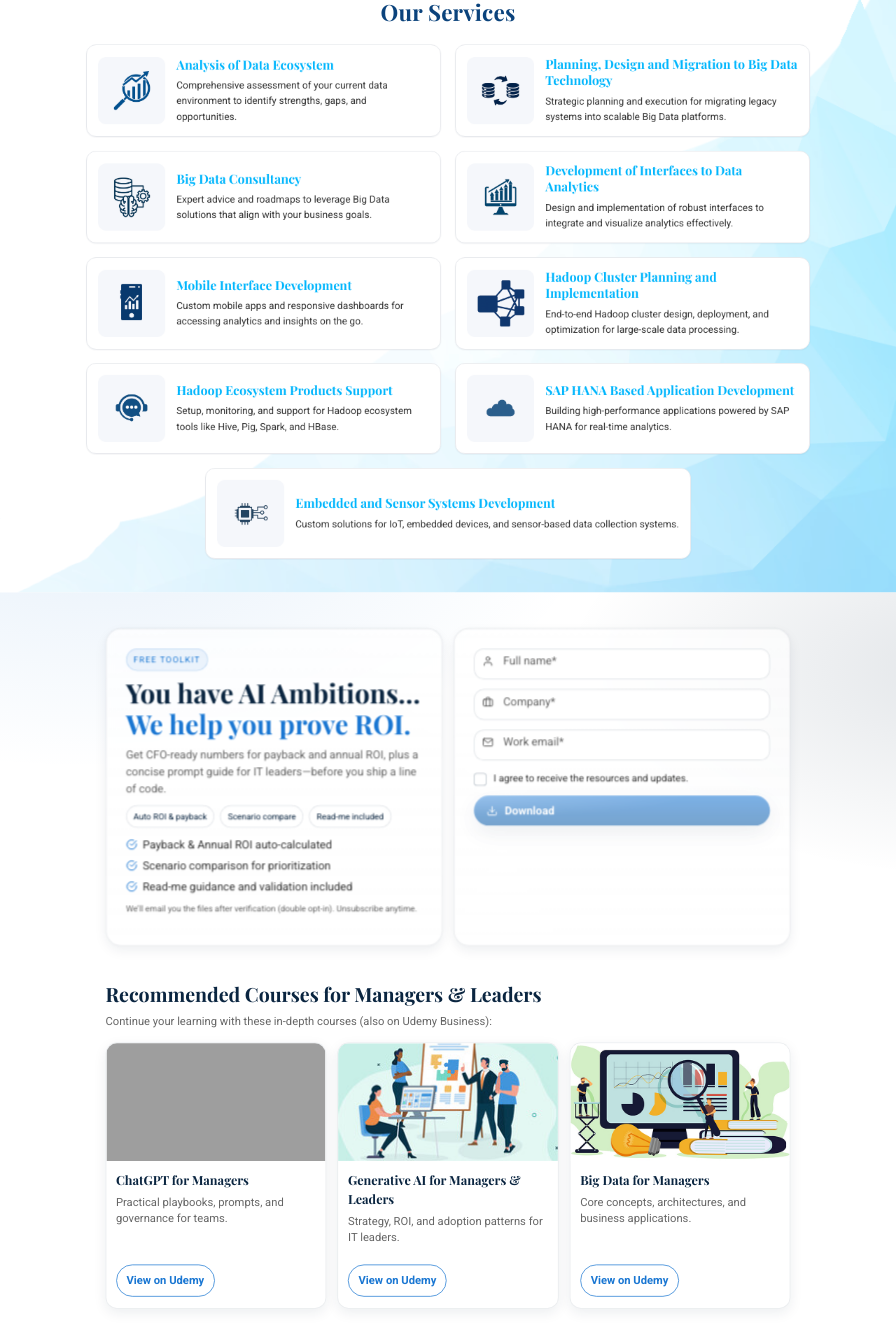
Repository: Yeshwanth-189/spiderOpsNet
Page: / (app in spideropsnet-frontend/)
An editor plug-in stored every save of this project. The page is shown before and after the next save, followed by the edit.
The browser window is 1280 px wide. The pictures show the part of the page from y = 1879 to 3799 px (the page is 3799 px tall), at 70% of full size.
Pictures or frames that could not be fetched are drawn as grey boxes. The project was rebuilt for these pictures with package versions that can differ from the ones it lists, and the page was loaded fresh each time. Also part of the build but not shown: spideropsnet-frontend/vite.config.js.

Above is the page before, as saved 2025-09-05 17:23:25.

### spideropsnet-frontend/index.html
<!DOCTYPE html>
<html lang="en">
  <head>
    <meta charset="UTF-8" />
    <link rel="icon" type="image/svg+xml" href="/spideropsnet.svg" />
    <link
      href="https://fonts.googleapis.com/css2?family=Playfair+Display:wght@400;600;700&family=Roboto:wght@400;500;700&display=swap"
      rel="stylesheet"
    />
    <meta name="viewport" content="width=device-width, initial-scale=1.0" />
    <title>SpiderOpsNet</title>
  </head>
  <body>
    <div id="root"></div>
    <script type="module" src="/src/main.jsx"></script>
  </body>
</html>

### spideropsnet-frontend/src/App.jsx
import "./App.css";
import SpiderOpsNet from "./components/SpiderOpsNet";
import { BrowserRouter as Router, Routes, Route } from "react-router-dom";

function App() {
  return (
    <>
      <Router>
        <Routes>
          <Route path="/" element={<SpiderOpsNet />} />
          {/* <Route path="/overview" element={<Overview />} />
          <Route path="/profession" element={<Profession />} />
          <Route path="/projects" element={<Project />} />
          <Route path="/education" element={<Education />} />
          <Route path="/skills" element={<Skills />} />
          <Route path="/achievements" element={<Awards />} /> */}
        </Routes>
      </Router>
    </>
  );
}

export default App;

### spideropsnet-frontend/src/App.css
:root {
  /* Brand Colors */
  --color-primary: #0b437c; /* Dark Navy Blue */
  --color-secondary: #00b6fd; /* Professional Light Blue */

  /* Backgrounds */
  --color-bg: #ffffff;
  --color-bg-light: #f5f5f5;

  /* Neutral Grays */
  --color-gray-dark: #333333;
  --color-gray-mid: #666666;
  --color-gray-light: #f5f5f5;

  /* Status Colors */
  --color-success: #2e7d32;
  --color-warning: #ed6c02;
  --color-error: #d32f2f;

  /* Typography */
  --font-heading: "Playfair Display", serif;
  --font-body: "Roboto", sans-serif;

  /* Font Sizes (scalable for responsive design) */
  --text-h1: 2.5rem;
  --text-h2: 2rem;
  --text-h3: 1.5rem;
  --text-body: 1rem;
  --text-small: 0.875rem;

  /* Spacing (consistent padding/margin system) */
  --space-xs: 4px;
  --space-sm: 8px;
  --space-md: 16px;
  --space-lg: 24px;
  --space-xl: 32px;

  /* Border Radius */
  --radius-sm: 4px;
  --radius-md: 8px;
  --radius-lg: 16px;

  /* Shadows */
  --shadow-sm: 0 1px 2px rgba(0, 0, 0, 0.05);
  --shadow-md: 0 4px 6px rgba(0, 0, 0, 0.1);
  --shadow-lg: 0 10px 15px rgba(0, 0, 0, 0.15);
}

html,
body {
  margin: 0;
  padding: 0;
}
* {
  box-sizing: border-box;
}
/* Base Typography */
body {
  font-family: var(--font-body);
  font-size: var(--text-body);
  color: var(--color-gray-dark);
  background-color: var(--color-bg);
  margin: 0;
  padding: 0;
}

h1,
h2,
h3,
h4,
h5,
h6 {
  font-family: var(--font-heading);
  color: var(--color-primary);
  margin: 0 0 var(--space-md);
}

p {
  margin: 0 0 var(--space-md);
  color: var(--color-gray-mid);
}

### spideropsnet-frontend/src/components/SpiderOpsNet.jsx
import React from "react";
import Hero from "../components/Hero";
import NavBar from "../components/NavBar";
import About from "../components/About";
import Services from "../components/Services";
// import Experience from "../components/Experience";
// import Communications from "../components/Communications";
import "../styles/SpiderOpsNet.css";
import Courses from "../components/Courses";

function SpiderOpsNet() {
  return (
    <>
      <NavBar />
      <Hero />
      <About />
      <Services />
      <Courses />
      {/* <Experience />
      <Communications /> */}
    </>
  );
}

export default SpiderOpsNet;

### spideropsnet-frontend/src/components/Hero.jsx
import React from "react";
import "../styles//Hero.css";
import DataMountains from "../assets/DataMountains.png";
// eslint-disable-next-line no-unused-vars
import { motion, useReducedMotion } from "framer-motion";

export default function Hero({
  title = "You have Data Mountains?",
  subtitle = "We have Big Data Solutions!",
  paragraph = "From scalable data pipelines to real-time analytics and AI-assisted insights, we turn your data mountains into business outcomes.",
  ctaText = "View Services",
  onCtaClick = () => {},
  imageAlt = "Abstract mountain range representing big data layers",
}) {
  const prefersReducedMotion = useReducedMotion();

  const initial = prefersReducedMotion ? { opacity: 0 } : { opacity: 0, y: 40 };
  const animate = prefersReducedMotion ? { opacity: 1 } : { opacity: 1, y: 0 };
  const transition = prefersReducedMotion
    ? { duration: 0.6, ease: "easeOut" }
    : { duration: 0.9, ease: "easeOut" };
  return (
    <motion.section
      className="hero"
      aria-label="Data Solutions Hero"
      initial={initial}
      animate={animate}
      transition={transition}
    >
      <header className="hero__header">
        <h1 className="hero__title">{title}</h1>
        <h1 className="hero__subtitle">{subtitle}</h1>
      </header>

      <div className="hero__left">
        <p className="hero__paragraph">{paragraph}</p>
        <button className="hero__cta" onClick={onCtaClick} aria-label={ctaText}>
          {ctaText}
        </button>
      </div>

      <figure className="hero__right">
        <img
          className="hero__image"
          src={DataMountains}
          alt={imageAlt}
          loading="eager"
        />
      </figure>
    </motion.section>
  );
}

### spideropsnet-frontend/src/components/NavBar.jsx
import React, { useState } from "react";
import { Link } from "react-router-dom";
import "../styles/NavBar.css";
import SpiderOpsNet from "../assets/SpiderOpsNet.png";

function Navbar() {
  const [isOpen, setIsOpen] = useState(false);

  return (
    <nav className="navbar">
      <div className="navbar-grid">
        <div className="col-1" />

        <div className="col-2to11 navbar-content">
          <div className="navbar-logo">
            <img
              alt="logo"
              className="navbar-logo-image"
              src={SpiderOpsNet}
            ></img>
            <h2>
              <span className="primary"></span>Spider
              <span className="secondary">OpsNet</span>
            </h2>
            <div className="hamburger" onClick={() => setIsOpen(!isOpen)}>
              <span className={isOpen ? "bar rotate-top" : "bar"}></span>
              <span className={isOpen ? "bar fade" : "bar"}></span>
              <span className={isOpen ? "bar rotate-bottom" : "bar"}></span>
            </div>
          </div>

          {/* Links */}
          <div className={`navbar-links ${isOpen ? "open" : ""}`}>
            <Link to="/Home" onClick={() => setIsOpen(false)}>
              Home
            </Link>
            <Link to="/About" onClick={() => setIsOpen(false)}>
              About
            </Link>
            <Link to="/Services" onClick={() => setIsOpen(false)}>
              Services
            </Link>
            <Link to="/Courses" onClick={() => setIsOpen(false)}>
              Courses
            </Link>
            <Link to="/Projects" onClick={() => setIsOpen(false)}>
              Projects
            </Link>
            <Link to="/Blogs" onClick={() => setIsOpen(false)}>
              Blogs
            </Link>
            <Link to="/Contact" onClick={() => setIsOpen(false)}>
              Contact
            </Link>
          </div>
        </div>

        <div className="col-12" />
      </div>
    </nav>
  );
}

export default Navbar;

### spideropsnet-frontend/src/styles/Hero.css
:root {
  --brand-primary: var(--color-primary, #0a2540); /* Dark Navy */
  --brand-accent: var(--color-accent, #1976d2); /* Light Blue */
  --surface: var(--color-surface, #ffffff);
  --text: var(--color-text, #333333);
  --muted: var(--color-muted, #666666);
  --elev: 24px;
}

/* Grid shell: 12 columns desktop, 4 columns mobile */
.hero {
  --gutter: clamp(12px, 2vw, 24px);
  display: grid;
  grid-template-columns:
    [line1] 1fr /* empty gutter */
    [line2] repeat(10, minmax(0, 1fr)) /* content */
    [line12] 1fr /* empty gutter */
    [line13];
  gap: var(--gutter);
  padding: clamp(32px, 6vw, 80px) var(--gutter);
  background: linear-gradient(180deg, rgb(195, 225, 255), transparent 60%),
    var(--surface);
  color: var(--text);
  margin-top: 5%;
}

.hero__header {
  grid-column: 3 / 12;
}

.hero__title {
  margin: 0 0 8px 0;
  font-size: clamp(28px, 4vw, 56px);
  line-height: 1.1;
  letter-spacing: -0.02em;
  color: var(--brand-primary);
  font-family: "Playfair Display", ui-serif, Georgia, serif;
}

.hero__subtitle {
  margin: 0 0 clamp(16px, 2.5vw, 28px) 0;
  font-size: clamp(18px, 2.2vw, 28px);
  line-height: 1.2;
  color: var(--color-secondary);
  font-family: Roboto, system-ui, -apple-system, Segoe UI, "Helvetica Neue",
    Arial, sans-serif;
}

.hero__left {
  grid-column: 3 / 6;
  align-self: start;
}

.hero__paragraph {
  margin: 0 0 16px 0;
  font-size: clamp(14px, 1.2vw, 18px);
  line-height: 1.7;
  color: var(--color-gray-dark);
}

.hero__cta {
  appearance: none;
  border: none;
  cursor: pointer;
  padding: 12px 18px;
  border-radius: 5px;
  background: var(--brand-accent);
  color: #fff;
  font-weight: 600;
  font-size: 16px;
  box-shadow: 0 6px 20px rgba(25, 118, 210, 0.25);
  transition: transform 120ms ease, box-shadow 120ms ease, filter 120ms ease;
}

.hero__cta:hover {
  transform: translateY(-1px);
  box-shadow: 0 10px 28px rgba(25, 118, 210, 0.35);
}

.hero__cta:active {
  transform: translateY(0);
  filter: brightness(0.96);
}

/* Right block: lines 6 → 12 (i.e., cols 6–11 inclusive) */
.hero__right {
  grid-column: 6 / 12;
  margin: 0;
}

.hero__image {
  width: 100%;
  height: auto;
  display: block;
}

/* Responsive: switch to 4-column grid on mobile */
@media (max-width: 767.98px) {
  .hero {
    grid-template-columns:
      [m1] 1fr /* empty */
      [m2] repeat(2, minmax(0, 1fr)) /* content */
      [m4] 1fr /* empty */
      [m5];
    margin-top: 15%;
  }

  .hero__header,
  .hero__left,
  .hero__right {
    grid-column: 2 / 4; /* span the two content columns */
  }

  .hero__right {
    order: 3;
  }
  .hero__left {
    order: 2;
  }
  .hero__header {
    order: 1;
  }
}

/* Prefers-reduced-motion respect */
@media (prefers-reduced-motion: reduce) {
  .hero__cta {
    transition: none;
  }
}

### spideropsnet-frontend/src/styles/NavBar.css
.navbar {
  position: fixed;
  width: 100%;
  background-color: var(--color-bg);
  z-index: 999;
  padding: 12px 0;
}

.navbar-grid {
  display: grid;
  grid-template-columns: repeat(12, 1fr);
  align-items: center;
  max-width: 1400px;
  margin: 0 auto;
  padding: 0 20px;
}

.col-1 {
  grid-column: 1 / 2;
}

.col-2to11 {
  grid-column: 2 / 12;
  display: flex;
  justify-content: space-between;
  align-items: center;
}

.col-12 {
  display: none;
}

/* Left: Logo */
.navbar-logo {
  font-family: "Playfair Display", serif;
  font-size: 1.3rem;
  color: var(--color-primary);
  display: flex;
  justify-content: flex-start;
  align-items: flex-start;
  gap: 10px;
  width: 100%;
}

.navbar-logo-image {
  width: 5%;
}

.primary {
  color: #0a2540;
}

.secondary {
  color: #00b6fd;
}

/* Right: Links */
.navbar-links {
  display: flex;
  gap: 32px;
  font-family: "Playfair Display", serif;
  font-size: 0.95rem;
}

.navbar-links a {
  color: var(--color-secondary);
  text-decoration: none;
  transition: color 0.3s ease;
  position: relative;
}

.navbar-links a:hover {
  color: var(--color-primary);
}

.navbar-links a::after {
  content: "";
  display: block;
  height: 2px;
  width: 0;
  background-color: var(--color-secondary);
  transition: width 0.3s ease;
  position: absolute;
  bottom: -4px;
  left: 0;
}

.navbar-links a:hover::after {
  width: 100%;
}
.hamburger {
  display: none;
  flex-direction: column;
  justify-content: center;
  align-items: flex-end;
  gap: 5px;
  margin-left: auto;
  cursor: pointer;
  z-index: 1000;
}

.bar {
  width: 22px;
  height: 3px;
  background-color: var(--color-primary);
  transition: all 0.3s ease;
}

.rotate-top {
  transform: rotate(45deg) translateY(8px);
}

.fade {
  opacity: 0;
}

.rotate-bottom {
  transform: rotate(-45deg) translateY(-8px);
}

/* Responsive */
@media screen and (max-width: 768px) {
  .navbar-grid {
    grid-template-columns: 1fr;
  }

  .col-2to11 {
    flex-direction: column;
    gap: 14px;
    grid-column: span 12;
  }

  .navbar-logo {
    font-size: 1.1rem;
  }

  .navbar-logo-image {
    width: 10%;
  }

  .navbar-links {
    flex-direction: column;
    gap: 12px;
  }
  @media screen and (max-width: 768px) {
    .hamburger {
      margin-top: 5%;
      display: flex;
    }
    .navbar {
      top: 0;
      border-bottom: 1px solid #0a2540;
    }

    .navbar-links {
      display: none;
      flex-direction: column;
      gap: 16px;
      margin-top: 1rem;
      width: 100%;
    }

    .navbar-links.open {
      display: flex;
      animation: fadeIn 0.3s ease-in-out;
    }
  }

  @keyframes fadeIn {
    from {
      opacity: 0;
      transform: translateY(-10px);
    }
    to {
      opacity: 1;
      transform: translateY(0);
    }
  }
}

### spideropsnet-frontend/src/styles/Courses.css
/* src/styles/Courses.css */
/* Uses your palette (variables.css) if present. Falls back to defaults. */
:root {
  --navy: var(--color-navy, #0a2540);
  --blue: var(--color-blue, #1976d2);
  --bg: var(--color-bg, #ffffff);
  --g900: var(--gray-900, #333333);
  --g600: var(--gray-600, #666666);
  --g100: var(--gray-100, #f5f5f5);

  --radius-lg: 16px;
  --radius-xl: 22px;
  --shadow-sm: 0 6px 18px rgba(10, 37, 64, 0.08);
  --shadow-md: 0 10px 30px rgba(10, 37, 64, 0.12);
  --focus: 0 0 0 3px rgba(25, 118, 210, 0.25);
  --gutter: 16px;
}

/* Section background: gradient mesh with subtle noise */
.courses-wrap {
  position: relative;
  padding: clamp(28px, 4vw, 56px) 0;
  color: var(--g900);
  background: radial-gradient(
      1200px 600px at 10% -10%,
      rgba(25, 118, 210, 0.1),
      transparent 60%
    ),
    radial-gradient(
      1000px 500px at 110% 10%,
      rgba(10, 37, 64, 0.12),
      transparent 60%
    ),
    var(--bg);
  overflow: hidden;
}

/* 12-col scaffold */
.grid12 {
  display: grid;
  grid-template-columns: repeat(12, minmax(0, 1fr));
  gap: var(--gutter);
  width: min(1200px, 92vw);
  margin-inline: auto;
}

/* Glass card look (both columns) */
.glass-card {
  position: relative;
  background: linear-gradient(
    180deg,
    rgba(255, 255, 255, 0.72),
    rgba(255, 255, 255, 0.66)
  );
  backdrop-filter: blur(6px);
  -webkit-backdrop-filter: blur(6px);
  border-radius: var(--radius-xl);
  border: 1px solid rgba(10, 37, 64, 0.1);
  box-shadow: var(--shadow-sm);
}

/* Top split */
.roi-download {
  align-items: stretch;
  margin-bottom: clamp(24px, 4vw, 48px);
}
.roi-download .col-left {
  grid-column: 2 / 7;
  padding: clamp(18px, 2.2vw, 28px);
}
.roi-download .col-right {
  grid-column: 7 / 12;
  padding: clamp(18px, 2.2vw, 28px);
}

/* Kicker + headings */
.kicker {
  display: inline-block;
  font-size: 12px;
  letter-spacing: 0.12em;
  text-transform: uppercase;
  color: var(--blue);
  background: rgba(25, 118, 210, 0.08);
  border: 1px solid rgba(25, 118, 210, 0.2);
  padding: 6px 10px;
  border-radius: 999px;
  margin-bottom: 10px;
}

.roi-title {
  font-family: "Playfair Display", serif;
  font-size: clamp(26px, 3.2vw, 38px);
  line-height: 1.15;
  color: var(--navy);
  margin: 0 0 10px;
}
.roi-title .accent {
  color: var(--blue);
}

.roi-desc {
  margin: 0 0 12px;
  color: var(--g600);
}

/* feature chips */
.chips {
  display: flex;
  flex-wrap: wrap;
  gap: 8px;
  margin: 8px 0 12px;
  padding: 0;
  list-style: none;
}
.chips li {
  font-size: 12px;
  color: var(--navy);
  border: 1px solid rgba(10, 37, 64, 0.12);
  border-radius: 999px;
  padding: 6px 10px;
  background: rgba(255, 255, 255, 0.7);
}

.roi-bullets {
  margin: 0 0 10px 0;
  padding: 0;
  list-style: none;
}
.roi-bullets li {
  display: flex;
  align-items: center;
  gap: 8px;
  color: var(--g900);
  margin: 6px 0;
}
.roi-bullets svg {
  flex: 0 0 auto;
  color: var(--blue);
}

.fine-print {
  font-size: 12px;
  color: var(--g600);
  margin-top: 6px;
}

/* Floating label inputs with icons */
.download-form {
  display: grid;
  gap: 14px;
}

.fl-input {
  position: relative;
  display: grid;
}
.fl-input input {
  width: 100%;
  padding: 14px 12px 12px 40px; /* room for icon */
  border-radius: 14px;
  border: 1px solid rgba(10, 37, 64, 0.14);
  background: #fff;
  font-size: 14px;
  outline: none;
  transition: box-shadow 0.15s ease, border-color 0.15s ease,
    transform 0.05s ease;
}
.fl-input input:focus {
  border-color: var(--blue);
  box-shadow: var(--focus);
}
.fl-input .fl-icon {
  position: absolute;
  left: 12px;
  top: 40%;
  transform: translateY(-50%);
  pointer-events: none;
  opacity: 0.8;
}
.fl-input label {
  position: absolute;
  left: 40px;
  top: 40%;
  transform: translateY(-50%);
  color: var(--g600);
  background: transparent;
  transition: all 0.15s ease;
  padding: 0 0.2ch;
  pointer-events: none;
}
.fl-input input:not(:placeholder-shown) + label,
.fl-input input:focus + label {
  top: -8px;
  transform: none;
  font-size: 12px;
  color: var(--blue);
  background: #fff;
  border-radius: 6px;
  padding: 0 6px;
}
.fl-input.invalid input {
  border-color: #d32f2f;
}
.fl-input.invalid input:focus {
  box-shadow: 0 0 0 3px rgba(211, 47, 47, 0.15);
}
.field-error {
  margin-top: 6px;
  font-size: 12px;
  color: #d32f2f;
}

/* CTA button with gradient edge + ripple */
.btn-download {
  position: relative;
  display: inline-flex;
  align-items: center;
  gap: 10px;
  padding: 12px 18px;
  border-radius: 999px;
  border: 0;
  font-weight: 600;
  color: #fff;
  cursor: pointer;
  overflow: hidden;
  box-shadow: var(--shadow-md);
  isolation: isolate;
  background: linear-gradient(180deg, #1d7fe3, #1668b6);
  transition: transform 0.06s ease, filter 0.18s ease;
}
.btn-download .btn-bg {
  position: absolute;
  inset: 0;
  pointer-events: none;
  background: radial-gradient(
    120% 120% at 0% 0%,
    rgba(255, 255, 255, 0.25),
    transparent 60%
  );
  opacity: 0.8;
  mix-blend-mode: screen;
}
.btn-download:disabled {
  opacity: 0.6;
  cursor: not-allowed;
  filter: grayscale(0.1);
}
.btn-download:hover:not(:disabled) {
  filter: brightness(1.04);
}
.btn-download:active:not(:disabled) {
  transform: translateY(1px);
}
.btn-download .btn-ripple {
  position: absolute;
  inset: 0;
  opacity: 0;
  background: radial-gradient(
    180px 180px at var(--x, 50%) var(--y, 50%),
    rgba(255, 255, 255, 0.35),
    transparent 40%
  );
  transition: opacity 0.25s ease;
}
.btn-download:focus-visible {
  outline: none;
  box-shadow: var(--focus);
}

/* Ripple interaction */
.btn-download:where(:hover, :focus-visible) .btn-ripple {
  opacity: 0.9;
}

/* Success */
.form-success {
  margin-top: 6px;
  font-size: 14px;
  color: #2e7d32;
}

/* Courses area */
.courses-grid {
  row-gap: 18px;
}
.col-2-11 {
  grid-column: 2 / 12;
}

.courses-head h3 {
  margin: 0;
  font-family: "Playfair Display", serif;
  font-size: clamp(20px, 2.2vw, 28px);
  color: var(--navy);
}
.subhead {
  margin: 6px 0 0;
  color: var(--g600);
}

.courses-cards {
  display: grid;
  grid-template-columns: repeat(3, minmax(0, 1fr));
  gap: 16px;
}
.course-card {
  background: #fff;
  border: 1px solid rgba(10, 37, 64, 0.08);
  border-radius: var(--radius-lg);
  overflow: hidden;
  display: grid;
  grid-template-rows: auto 1fr auto;
  box-shadow: var(--shadow-sm);
  transform: translateY(0);
  transition: transform 0.18s ease, box-shadow 0.18s ease,
    border-color 0.18s ease;
}
.course-card:hover {
  transform: translateY(-3px);
  box-shadow: 0 16px 36px rgba(10, 37, 64, 0.12);
  border-color: rgba(10, 37, 64, 0.16);
}
.course-media img {
  width: 100%;
  height: 168px;
  object-fit: cover;
  display: block;
}
.course-body {
  padding: 14px;
}
.course-body h4 {
  margin: 0 0 6px;
  font-size: 18px;
  color: var(--navy);
}
.course-body p {
  margin: 0;
  color: var(--g600);
}
.course-actions {
  padding: 12px 14px 16px;
}

.btn-outline {
  display: inline-block;
  text-decoration: none;
  font-weight: 600;
  border: 1.5px solid var(--blue);
  color: var(--blue);
  padding: 10px 14px;
  border-radius: 999px;
  transition: background 0.15s ease, color 0.15s ease, transform 0.06s ease;
}
.btn-outline:hover {
  background: var(--blue);
  color: #fff;
}
.btn-outline:active {
  transform: translateY(1px);
}

.check-row {
  display: grid;
  grid-template-columns: 18px 1fr;
  align-items: start;
  gap: 10px;
  margin-top: 2px;
}

.check-row input[type="checkbox"] {
  appearance: none;
  width: 18px;
  height: 18px;
  margin: 2px 0 0;
  border: 1.5px solid rgba(10, 37, 64, 0.28);
  border-radius: 4px;
  background: #fff;
  display: grid;
  place-content: center;
  transition: box-shadow 0.15s ease, border-color 0.15s ease,
    background 0.15s ease;
  outline: none;
}

.check-row label {
  font-size: 14px;
  color: var(--g900, #333333);
  line-height: 1.35;
}

.check-row.invalid input[type="checkbox"] {
  border-color: #d32f2f;
}
/* Layout responsiveness */
@media (max-width: 1024px) {
  .roi-download .col-left {
    grid-column: 2 / 12;
  }
  .roi-download .col-right {
    grid-column: 2 / 12;
  }
  .courses-cards {
    grid-template-columns: repeat(2, minmax(0, 1fr));
  }
}
@media (max-width: 640px) {
  .grid12 {
    width: 94vw;
  }
  .courses-cards {
    grid-template-columns: 1fr;
  }
}

/* Pointer coordinates for ripple (no JS—works with :hover position on most browsers) */
.btn-download:hover {
  --x: 20%;
  --y: 30%;
}

Loaded but not shown: spideropsnet-frontend/src/main.jsx (common file); spideropsnet-frontend/src/index.css (common file); spideropsnet-frontend/src/components/Courses.jsx (287 lines, source omitted); spideropsnet-frontend/src/components/About.jsx (129 lines, source omitted); spideropsnet-frontend/src/components/Services.jsx (115 lines, source omitted); spideropsnet-frontend/src/styles/About.css (168 lines, source omitted); spideropsnet-frontend/src/styles/Services.css (155 lines, source omitted); spideropsnet-frontend/src/styles/SpiderOpsNet.css (no stored copy; drawn as an empty file)

After the next save:
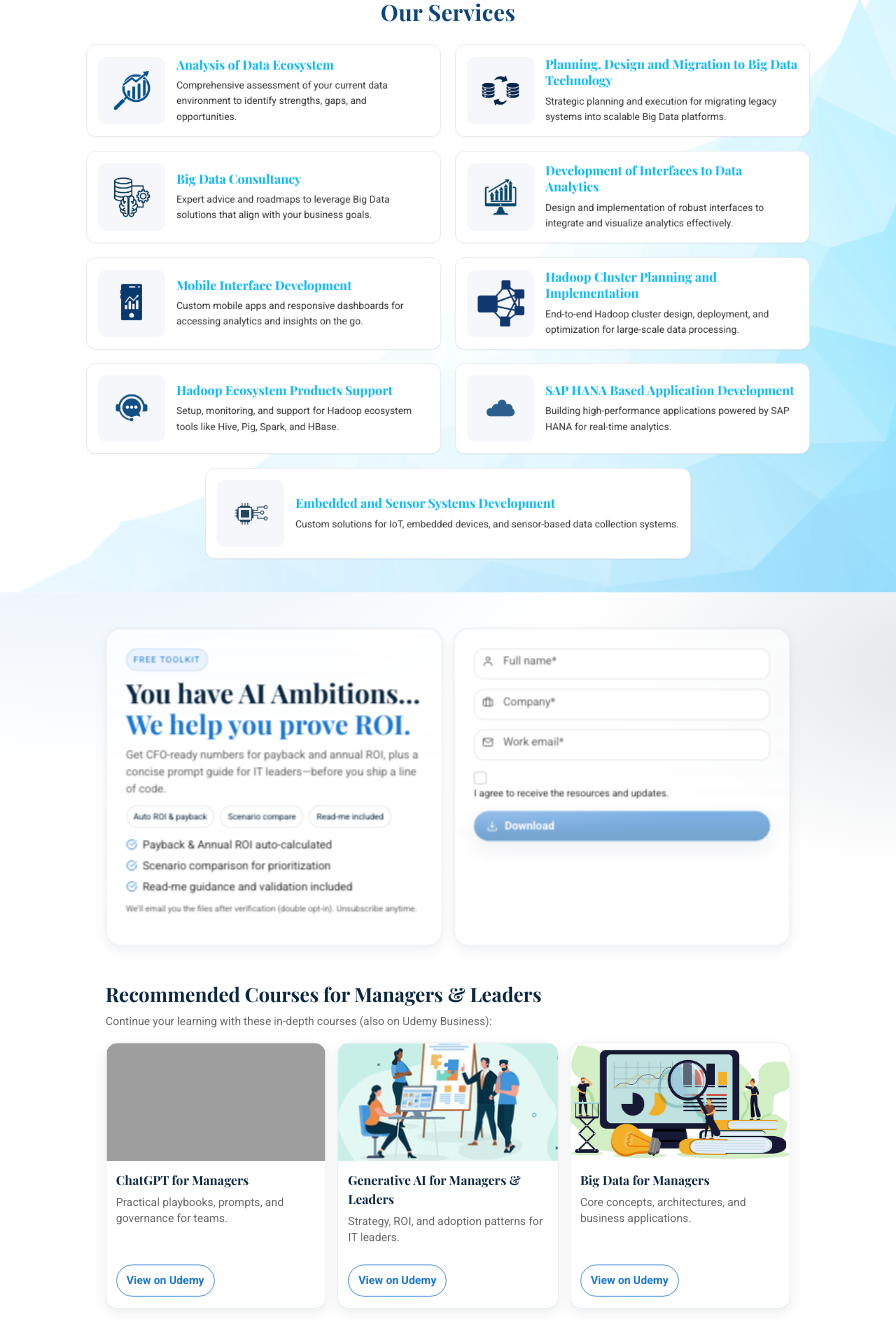
Saved 10 s later.
--- a/spideropsnet-frontend/src/styles/Courses.css
+++ b/spideropsnet-frontend/src/styles/Courses.css
@@ -360,14 +360,6 @@
   transform: translateY(1px);
 }
 
-.check-row {
-  display: grid;
-  grid-template-columns: 18px 1fr;
-  align-items: start;
-  gap: 10px;
-  margin-top: 2px;
-}
-
 .check-row input[type="checkbox"] {
   appearance: none;
   width: 18px;
